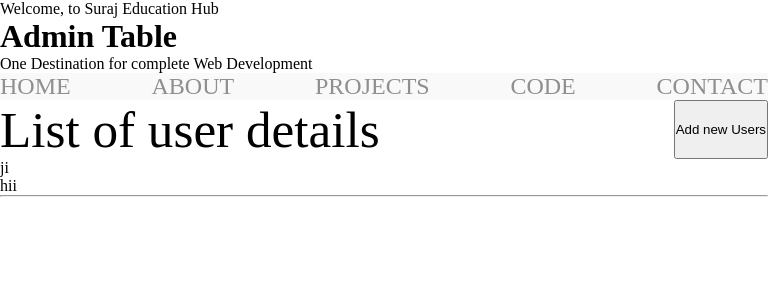
Repository: suraj-yadav7/employeeData-redux
Page: /
The author's editor kept a copy of each file at every save. The page is drawn from the files as they stood at one save, then again after the next save.
The browser window is 768 px wide. The pictures show the whole page.
The project was rebuilt for these pictures with package versions that can differ from the ones it lists, and the page was loaded fresh each time. Also part of the build but not shown: vite.config.js, src/index.css.

Above is the page before, as saved 2023-05-10 12:14:07.

### src/App.jsx
import { useState } from 'react'
import './App.css'
import Navbar from './components/Navbar'
import UserDetails from './components/UserDetails'

function App() {
  const [count, setCount] = useState(0)

  return (
    <>
      <Navbar />
      <UserDetails/>
    </>
  )
}

export default App

### src/App.css
*{
  padding: 0 !important;
  margin: 0 !important;
  box-sizing: border-box;
  list-style: none;
}


/* Navbar Style */
nav {
  width: 100vw;
  margin: 1rem -5rem;
  background: #f9f9f9;
}
nav .menuItems {
  list-style: none;
  display: flex;
  justify-content: space-between;
}
nav .menuItems li {
  margin: 1rem 1rem;
}
nav .menuItems li a {
  text-decoration: none;
  color: #8f8f8f;
  font-size: 24px;
  font-weight: 400;
  transition: all 0.5s ease-in-out;
  position: relative;
  text-transform: uppercase;
}
nav .menuItems li a::before {
  content: attr(data-item);
  transition: 0.5s;
  color: #8254ff;
  position: absolute;
  top: 0;
  bottom: 0;
  left: 0;
  right: 0;
  width: 0;
  overflow: hidden;
}
nav .menuItems li a:hover::before {
  width: 100%;
  transition: all 0.5s ease-in-out;
}

@media screen and (max-width: 998px) {
  nav .menuItems li {
    margin: 0.6rem 5rem;
  }
}


/* UserDetails */


.content ul {
  list-style-type: none !important;
  display: flex;
  flex-direction: column;
}

h3 {
  margin: 0;
}

.admin-table {
  display: flex;
  justify-content: space-between;
  flex-wrap: wrap;
  margin: 4rem 0;
}

.admin-subtitle {
  font-size: 3.2rem;
}

.delete-btn {
  background-color: transparent;
  border: none;
}

.delete-icon {
  font-size: 2.6rem;
  color: #f12711;
  filter: drop-shadow(0.2rem 0.2rem 0.5rem rgb(255 0 0 / 0.2));
  cursor: pointer;
}
@media screen and (max-width: 998px) {
  .admin-subtitle {
    margin-bottom: 1.6rem;
  }
}

### src/components/Navbar.jsx
import React from "react";


const Navbar = () => {
  return (
    <>
      <div>Welcome, to Suraj Education Hub</div>
      <h1>Admin Table</h1>

      <section>
        <div>One Destination for complete Web Development</div>
        <nav>
          <ul className="menuItems">
            <li>
              <a href="/" data-item="Home">
                Home
              </a>
            </li>
            <li>
              <a href="/" data-item="About">
                About
              </a>
            </li>
            <li>
              <a href="/" data-item="Projects">
                Projects
              </a>
            </li>
            <li>
              <a href="/" data-item="Code">
                Code
              </a>
            </li>
            <li>
              <a href="/" data-item="Contact">
                Contact
              </a>
            </li>
          </ul>
        </nav>
      </section>
    </>
  );
};


export default Navbar;

### src/components/UserDetails.jsx
import React from 'react';
import DeleteUser from "./DeleteUser"

const UserDetails = () => {
  return (
    <>
        <div className='content'>
            <div className="admin-table">
                <div className="admin-subtitle">
                    List of user details
                </div>
                <button className='btn add-btn'>Add new Users</button>
            </div>
            <ul>
            <li>ji</li>
            <li>hii</li>
            </ul>
            <hr/>
            <DeleteUser />
        </div>
    </>
  )
};

export default UserDetails;

### src/components/DeleteUser.jsx
import React from 'react'

const DeleteUser = () => {
  return (
    <>
      <div className="deleteUser">

      </div>
    </>
  )
}

export default DeleteUser

Loaded but not shown: index.html (common file); src/main.jsx (common file)

After the next save:
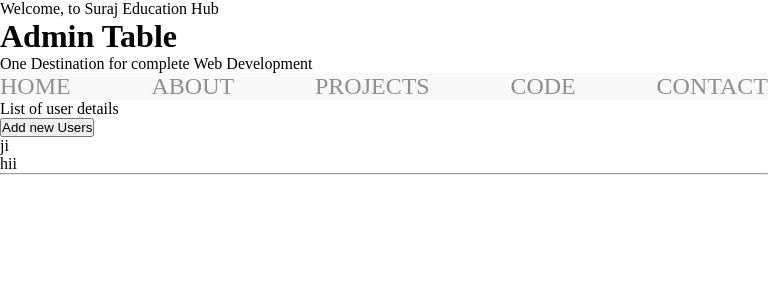
Saved 31 s later.
--- a/src/App.css
+++ b/src/App.css
@@ -54,42 +54,3 @@
 
 
 /* UserDetails */
-
-
-.content ul {
-  list-style-type: none !important;
-  display: flex;
-  flex-direction: column;
-}
-
-h3 {
-  margin: 0;
-}
-
-.admin-table {
-  display: flex;
-  justify-content: space-between;
-  flex-wrap: wrap;
-  margin: 4rem 0;
-}
-
-.admin-subtitle {
-  font-size: 3.2rem;
-}
-
-.delete-btn {
-  background-color: transparent;
-  border: none;
-}
-
-.delete-icon {
-  font-size: 2.6rem;
-  color: #f12711;
-  filter: drop-shadow(0.2rem 0.2rem 0.5rem rgb(255 0 0 / 0.2));
-  cursor: pointer;
-}
-@media screen and (max-width: 998px) {
-  .admin-subtitle {
-    margin-bottom: 1.6rem;
-  }
-}
